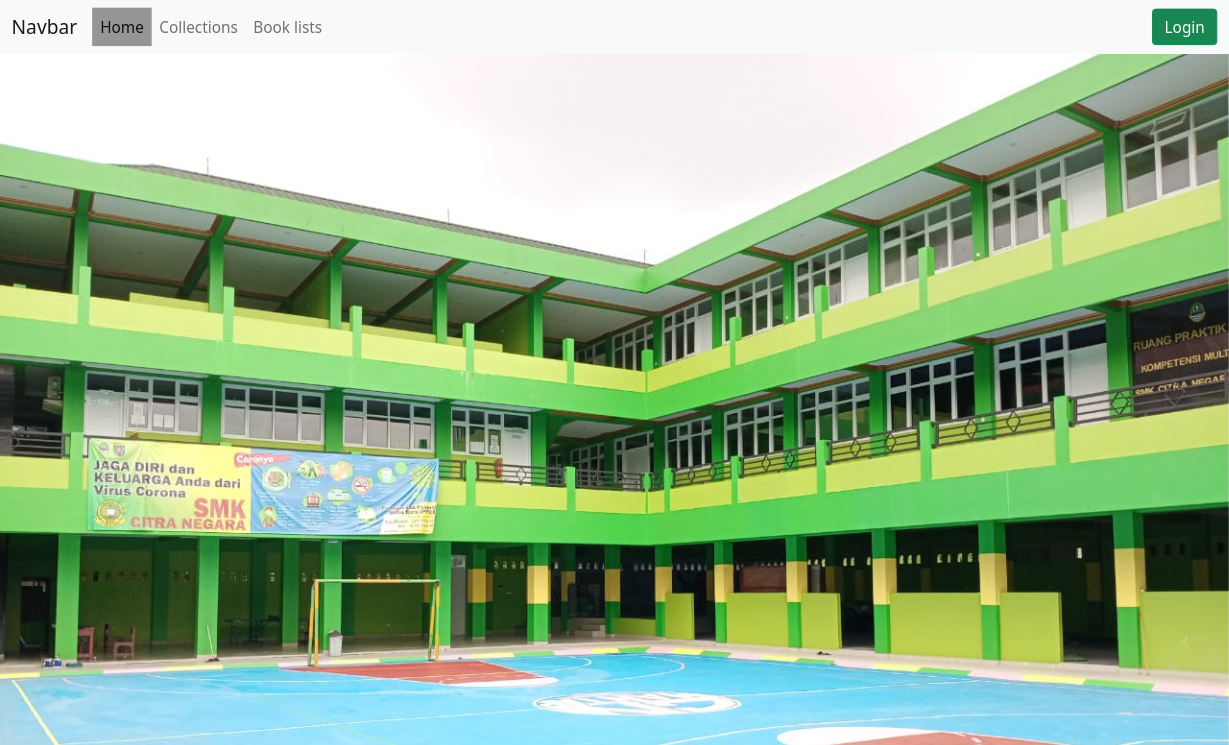
Repository: humanrizki/app-perpus-laravel-8
Page: http://localhost/home
An editor plug-in stored every save of this project. The page is shown before and after the next save, followed by the edit.
The browser window is 1280 px wide. The pictures show the whole page, at 96% of full size.
An inner scrolling area shows only its first screen. Some web libraries are served in a nearby version. The page is served by the project's Laravel application, run on PHP 8.4 with Laravel 8. Other server files are loaded and not shown.

Above is the page before, as saved 2021-11-25 11:48:15.

### routes/web.php
<?php

use App\Http\Controllers\CollectionController;
use Illuminate\Support\Facades\Route;

/*
|--------------------------------------------------------------------------
| Web Routes
|--------------------------------------------------------------------------
|
| Here is where you can register web routes for your application. These
| routes are loaded by the RouteServiceProvider within a group which
| contains the "web" middleware group. Now create something great!
|
*/

Route::get('/', function () {
    return view('welcome');
});

Auth::routes();

Route::get('/home', [App\Http\Controllers\HomeController::class, 'index'])->name('home');
Route::get('/collections',[CollectionController::class,'index'])->name('collections');
Route::get('/collections/{collection:slug}',[CollectionController::class,'show']);

### app/Http/Controllers/HomeController.php
<?php

namespace App\Http\Controllers;

use Illuminate\Http\Request;

class HomeController extends Controller
{
    /**
     * Create a new controller instance.
     *
     * @return void
     */
    public function __construct()
    {
        $this->middleware('guest');
    }

    /**
     * Show the application dashboard.
     *
     * @return \Illuminate\Contracts\Support\Renderable
     */
    public function index()
    {
        return view('HomeTemplate',[
            'title'=>'home page'
        ]);
    }
}

### resources/views/homeTemplate.blade.php
@extends('layouts.capp')
@section('content')
    <div class="container-img" style="width: 100%; height:100vh; overflow:auto;">
        <div class="img-content">
            <img src="img/cn.png" alt="" class="w-100" style="padding: 0px; margin:0px;">
        </div>
    </div>
@endsection

### resources/views/layouts/capp.blade.php
<!doctype html>
<html lang="en">
  <head>
    <meta charset="utf-8" />
    <meta http-equiv="X-UA-Compatible" content="IE=edge,chrome=1" />
    <meta content='width=device-width, initial-scale=1.0, maximum-scale=1.0, user-scalable=0, shrink-to-fit=no' name='viewport' />
    <title>{{ $title }}</title>

    <!--     Fonts and icons     -->
    <link href="https://fonts.googleapis.com/css?family=Montserrat:400,700,200" rel="stylesheet" />
    <link href="https://use.fontawesome.com/releases/v5.0.6/css/all.css" rel="stylesheet">
    <style>
      *,body{
        margin: 0px;
        padding: 0px;
      }
    </style>
    <link href="https://cdn.jsdelivr.net/npm/bootstrap@5.0.2/dist/css/bootstrap.min.css" rel="stylesheet" integrity="sha384-EVSTQN3/azprG1Anm3QDgpJLIm9Nao0Yz1ztcQTwFspd3yD65VohhpuuCOmLASjC" crossorigin="anonymous">
    <link rel="stylesheet" href="css/ul.css">
  </head>
  <body>
    @include('partials.header')
    @yield('content')

    <!--   Core JS Files   -->
    <script src="https://cdn.jsdelivr.net/npm/bootstrap@5.0.2/dist/js/bootstrap.bundle.min.js" integrity="sha384-MrcW6ZMFYlzcLA8Nl+NtUVF0sA7MsXsP1UyJoMp4YLEuNSfAP+JcXn/tWtIaxVXM" crossorigin="anonymous"></script>
  </body>
</html>

### resources/views/partials/header.blade.php

<nav class="navbar navbar-expand-lg navbar-light bg-light">
    <div class="container-fluid">
      <a class="navbar-brand" href="#">Navbar</a>
      <button class="navbar-toggler" type="button" data-bs-toggle="collapse" data-bs-target="#navbarSupportedContent" aria-controls="navbarSupportedContent" aria-expanded="false" aria-label="Toggle navigation">
        <span class="navbar-toggler-icon"></span>
      </button>
      <div class="collapse navbar-collapse" id="navbarSupportedContent">
        <ul class="navbar-nav me-auto mb-2 mb-lg-0">
          <li class="nav-item">
            <a class="nav-link {{ (request()->is('home')) ? 'active':'';}}" aria-current="page" href="/home">Home</a>
          </li>
          <li class="nav-item ">
            <a class="nav-link {{ (request()->is('collections*')) ? 'active':'';}}" href="/collections">Collections</a>
          </li>
          <li class="nav-item">
            <a class="nav-link {{ (request()->is('lists')) ? 'active':'';}}" href="/lists">Book lists</a>
          </li>
        </ul>
        <div class="container-login">
            <a href="/login" class="btn btn-success">Login</a>
        </div>
      </div>
    </div>
  </nav>

### public/css/ul.css
.nav-link.active{
    background-color: rgba(0, 0, 0, 0.4);
}

Loaded but not shown: app/Providers/AppServiceProvider.php (common file); app/Http/Controllers/Auth/ConfirmPasswordController.php (common file); app/Http/Controllers/Controller.php (common file)

After the next save:
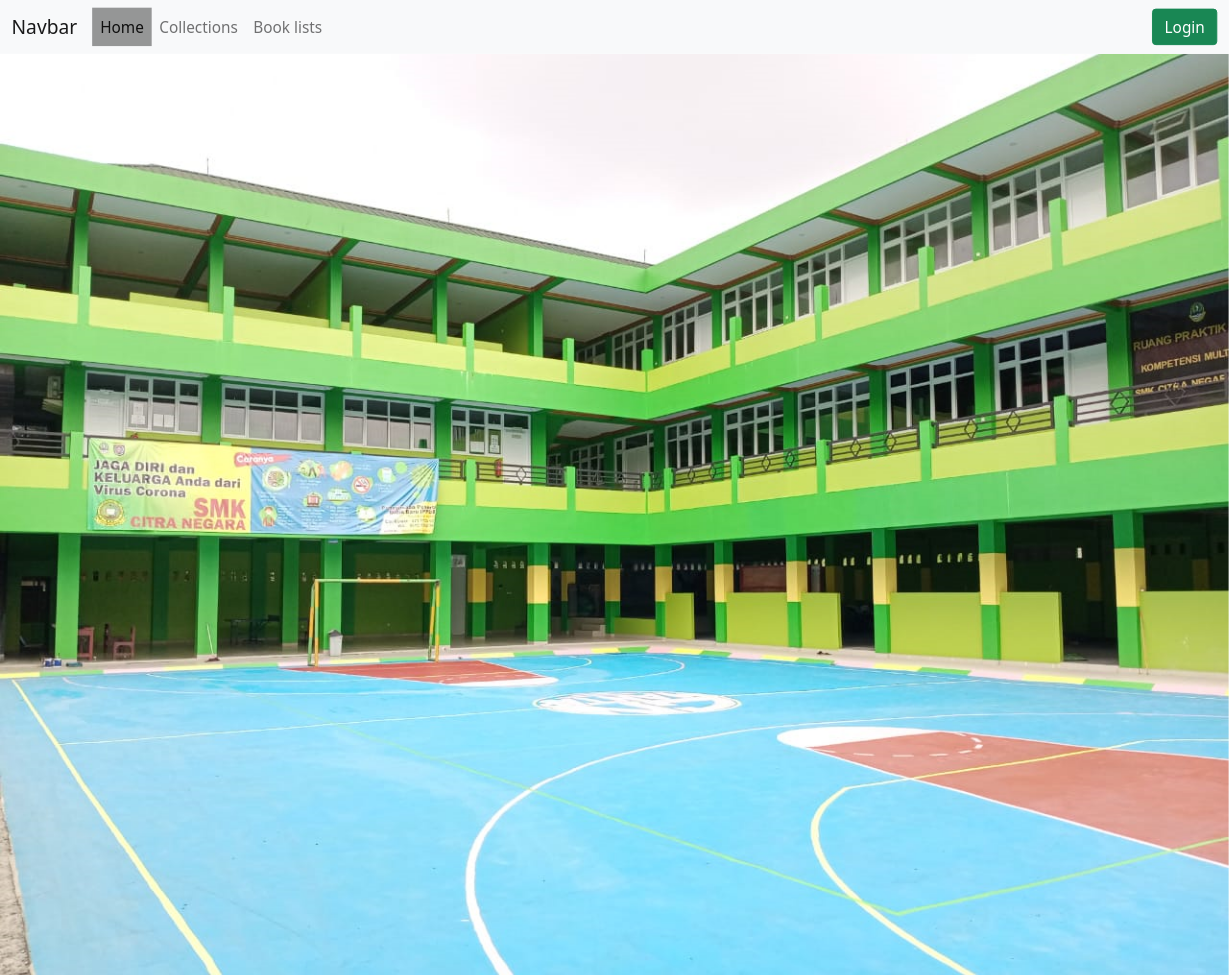
Saved 25 s later.
--- a/resources/views/homeTemplate.blade.php
+++ b/resources/views/homeTemplate.blade.php
@@ -1,6 +1,6 @@
 @extends('layouts.capp')
 @section('content')
-    <div class="container-img" style="width: 100%; height:100vh; overflow:auto;">
+    <div class="container-img" style="width: 100%; height:calc(100vh-20%); overflow:auto;">
         <div class="img-content">
             <img src="img/cn.png" alt="" class="w-100" style="padding: 0px; margin:0px;">
         </div>
